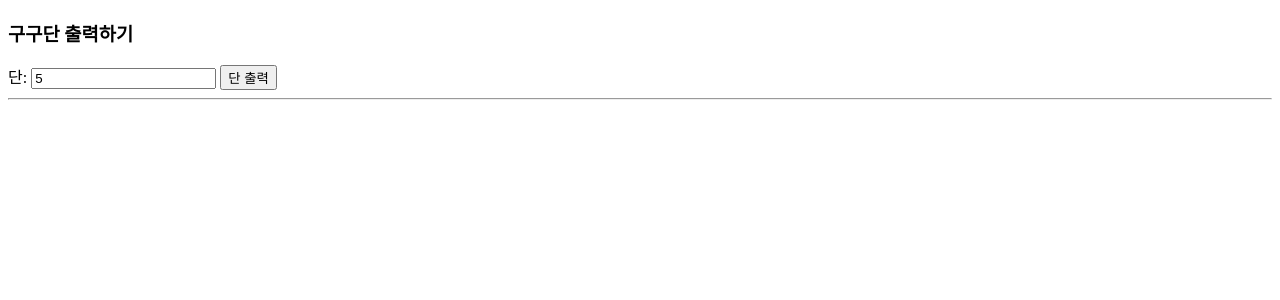
Repository: Jin0207/javaScript
Page: day0103/src/main/webapp/gugudanTest.html
An editor plug-in stored every save of this project. The page is shown before and after a run of saves, followed by the edit.
The browser window is 1280 px wide. The pictures show the whole page.
Empty fields were first filled with sample values (such as "Sample", 5 or name@example.com).
After loading, the first visible `button` was clicked once.

Above is the page before, as saved 2022-01-03 07:28:22.
Console error: TypeError: Cannot set properties of null (setting 'innerHTML')

After the next 2 saves:
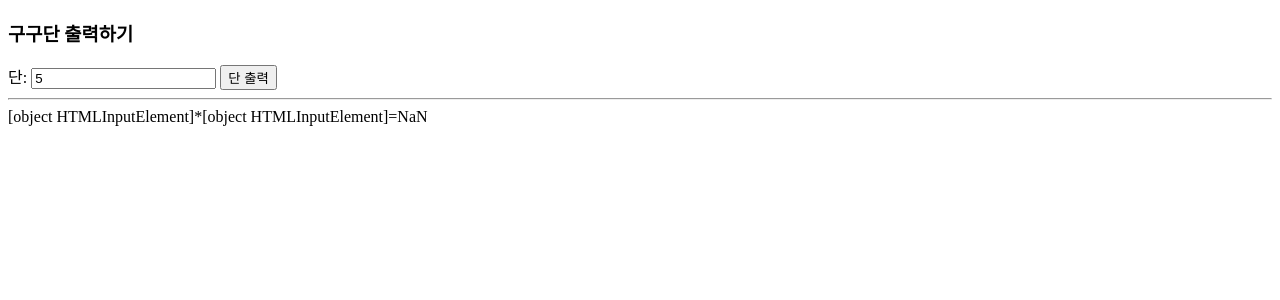
The error is gone.
The 2 saves are shown as one change because they came seconds apart.
The last was saved 33 s later.
--- a/day0103/src/main/webapp/gugudanTest.html
+++ b/day0103/src/main/webapp/gugudanTest.html
@@ -4,10 +4,13 @@
 <meta charset="UTF-8">
 <title>Insert title here</title>
 <script type="text/javascript">
-	const dan = document.getElementById("dan");
-	for(let i = 1; i <= 9; i++){
-		data = dan + "*" + dan + "=" + (dan * i);
-		document.getElementById("result").innerHTML = data;
+	function gugudan() {
+
+		const dan = document.getElementById("dan");
+		for(let i = 1; i <= 9; i++){
+			data = dan + "*" + dan + "=" + (dan * i);
+			document.getElementById("result").innerHTML = data;
+		}
 	}
 </script>
 </head>
